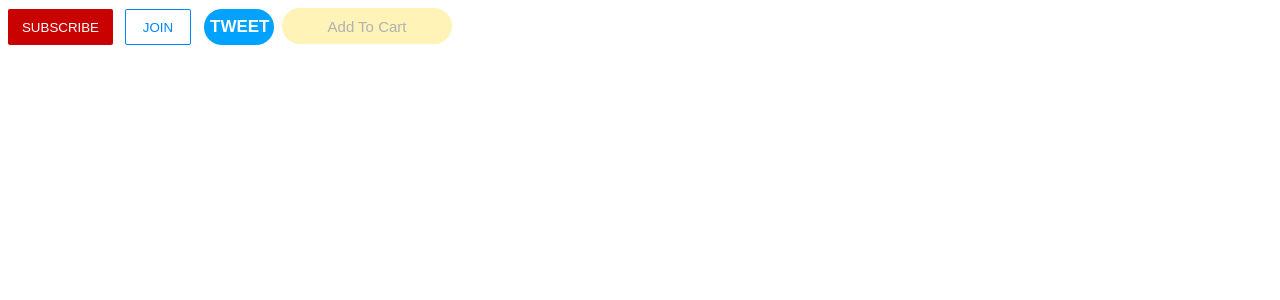
Repository: RagulRanjeeth/Frontend
Page: buttons.html
These files come from the project's save history. The page is drawn as it stood at one moment and after the next save; the edit follows.
The browser window is 1280 px wide. The pictures show the whole page.
The first visible `.amazon` is being pressed.

Above is the page before, as saved 2026-01-19 17:20:29.

After the next save:
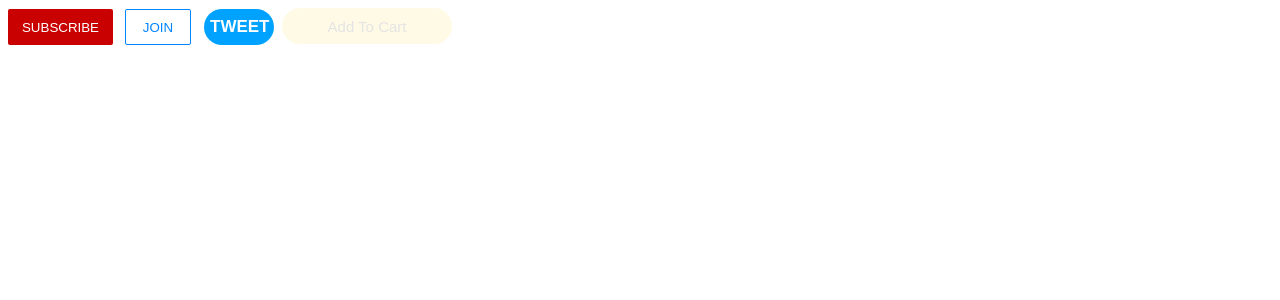
Saved 10 s later.
--- a/buttons.html
+++ b/buttons.html
@@ -92,7 +92,7 @@
     }
 
     .amazon:active{
-        opacity: 0.3;
+        opacity: 0.1;
     }
 </style>
 
